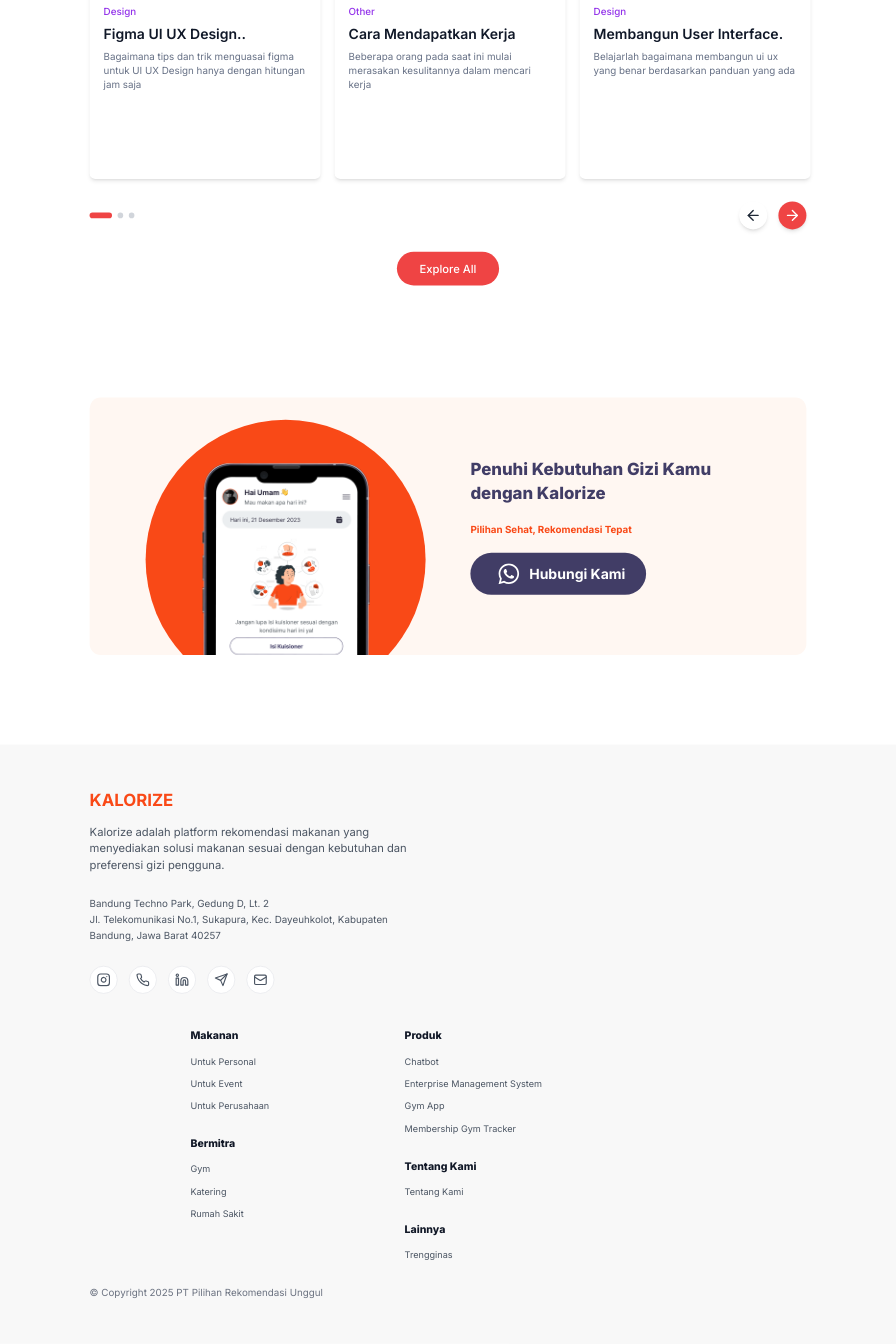
Repository: kalorizeofficial/new-main-web-kalorize
Page: /
These files come from the project's save history. The page is drawn as it stood at one moment and after the next save; the edit follows.
The browser window is 1280 px wide. The pictures show the part of the page from y = 1604 to 3524 px (the page is 3524 px tall before and 3187 px after), at 70% of full size.
The project was rebuilt for these pictures with package versions that can differ from the ones it lists, and the page was loaded fresh each time.

Above is the page before, as saved 2025-02-23 19:01:23.

After the next save:
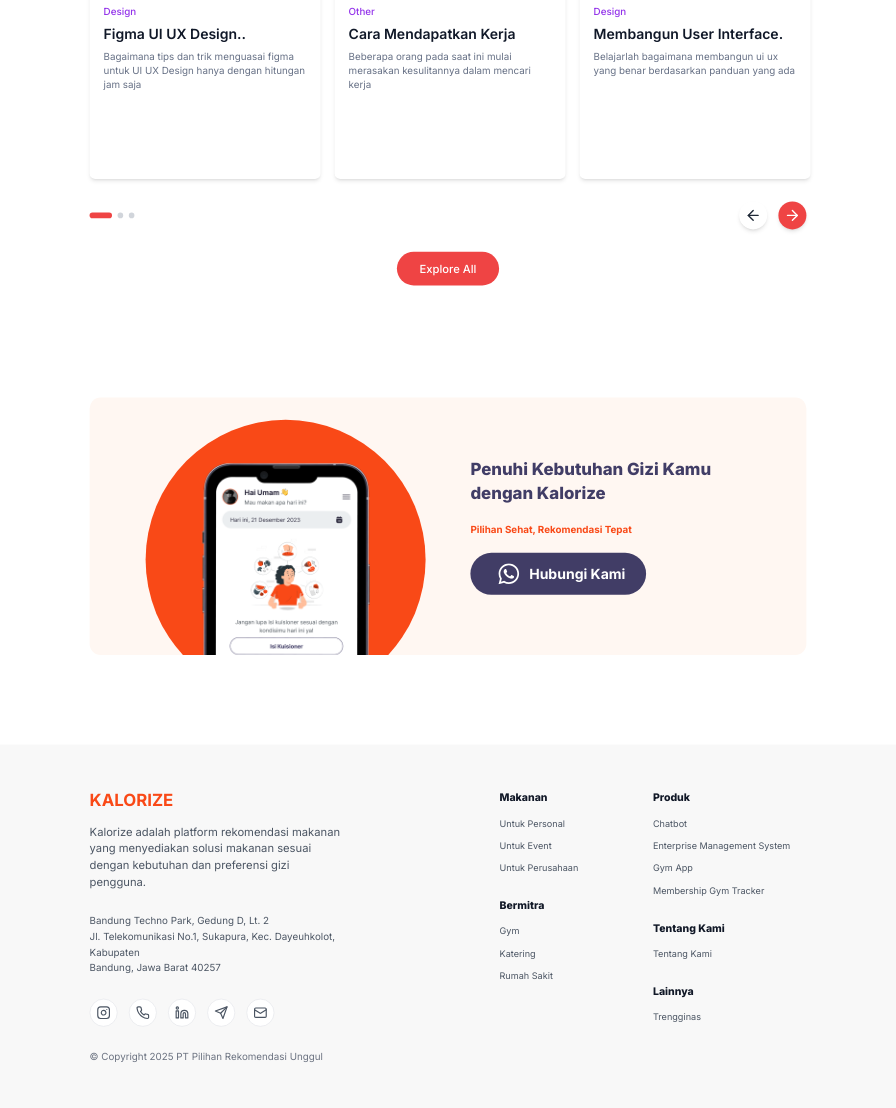
Saved 4 s later.
--- a/src/components/layout/Footer.jsx
+++ b/src/components/layout/Footer.jsx
@@ -13,7 +13,7 @@
   return (
     <footer className="bg-[#F8F8F8] py-16">
       <div className="max-w-5xl mx-auto px-18">
-        <div className="grid grid-cols-8 gap-12">
+        <div className="grid grid-cols-10 gap-20">
           {/* Logo and Description */}
           <div className="col-span-4">
             <h2 className="text-[#F94917] text-2xl font-bold mb-4">KALORIZE</h2>
